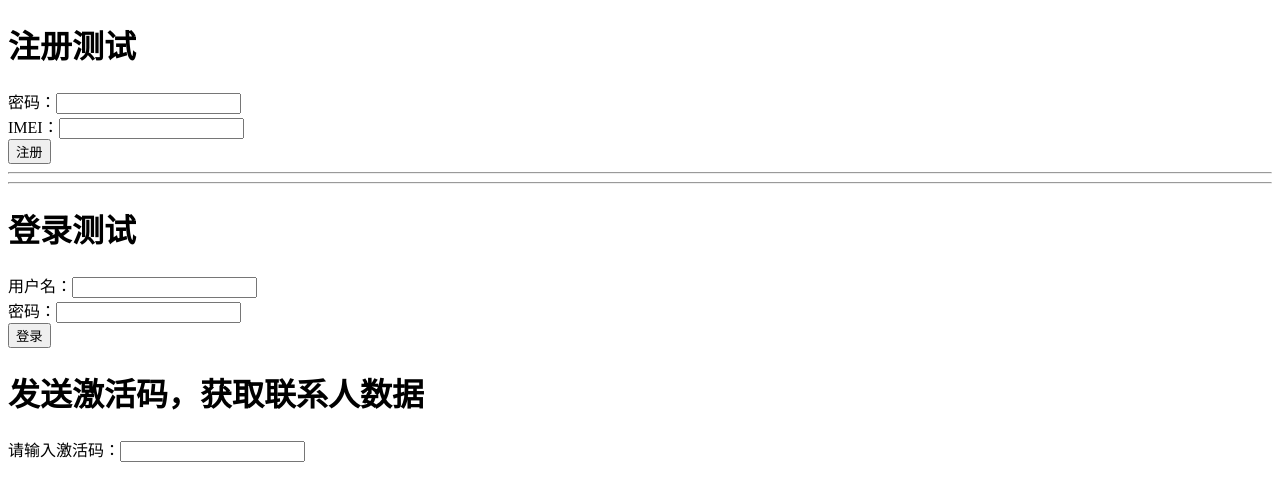
Repository: FlyToper/ActCode
Page: Application/ActivationCode/Home/View/User/show.html
The author's editor kept a copy of each file at every save. The page is drawn from the files as they stood at one save, then again after the next save.
The browser window is 1280 px wide. The pictures show the whole page.

Above is the page before, as saved 2016-07-27 06:14:26.

After the next save:
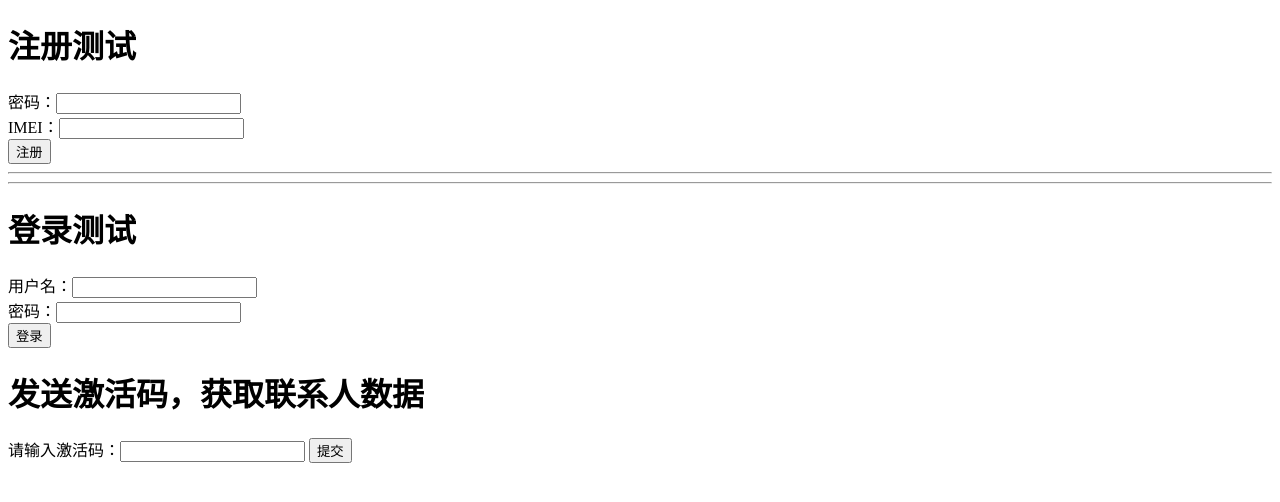
Saved 18 s later.
--- a/Application/ActivationCode/Home/View/User/show.html
+++ b/Application/ActivationCode/Home/View/User/show.html
@@ -24,6 +24,7 @@
 	<h1>发送激活码，获取联系人数据</h1>
 	<form action="/User/getContact" method="post">
 		请输入激活码：<input type="text" name="JHCode">
+		<input type="submit" value="提交">
 	</form>
 </body>
 </html>
